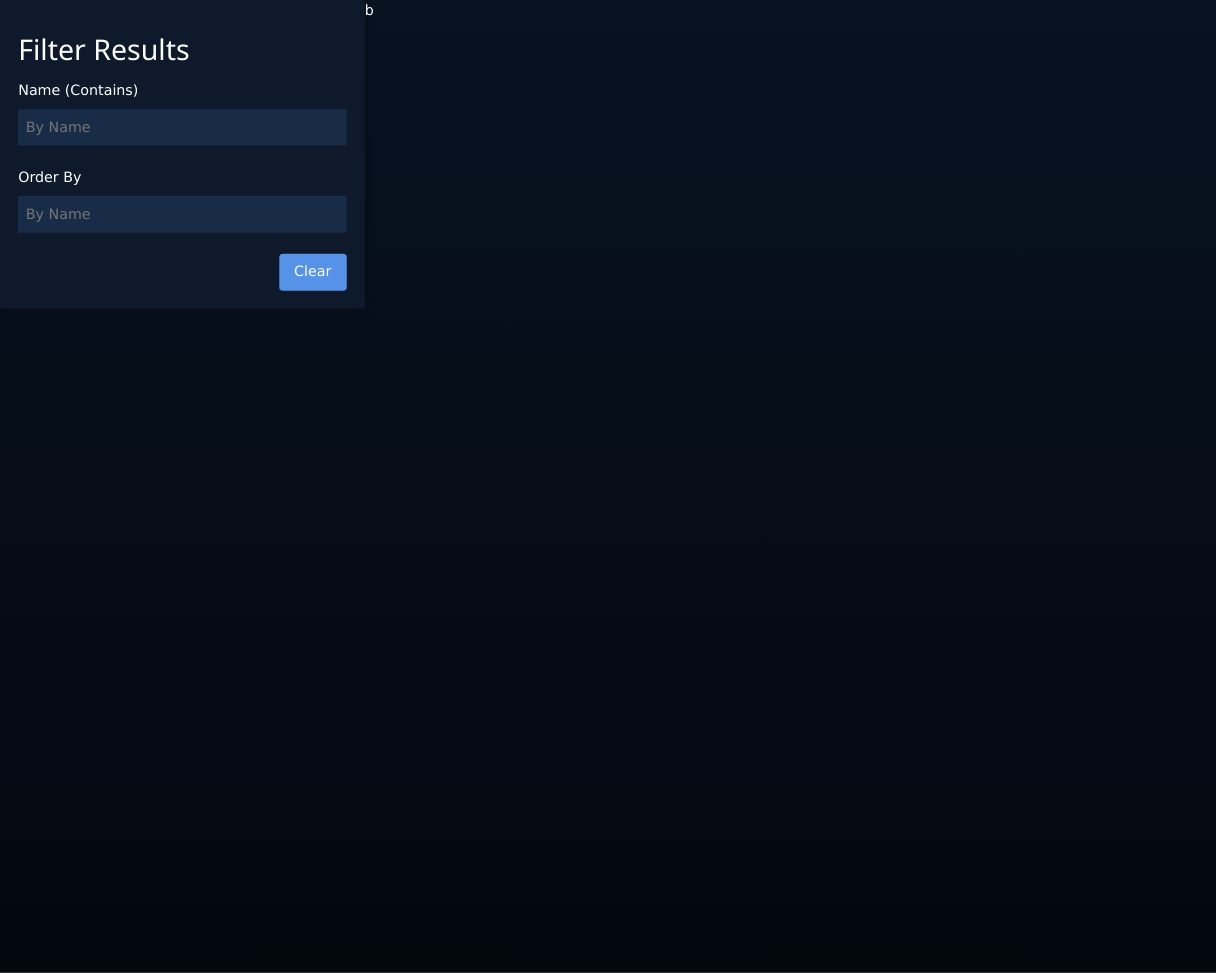
Repository: seyicoded/testestech
Page: /
The author's editor kept a copy of each file at every save. The page is drawn from the files as they stood at one save, then again after the next save.
The browser window is 1280 px wide. The pictures show the whole page, at 95% of full size.
The project was rebuilt for these pictures with package versions that can differ from the ones it lists, and the page was loaded fresh each time.

Above is the page before, as saved 2022-02-07 13:55:17.

### src/App.js
import logo from './logo.svg';
import './App.css';
import './w3.css';

function App() {
  return (
    <div className="App">
      <div className="Container">

        <div className='left'>
          <div className='card w3-card-2'>
            <h2>Filter Results</h2>

            <div className='content'>
              <label className='w3-label'>Name (Contains)</label>
              <br />
              <input className='w3-input' placeholder='By Name'/>
            </div>

            <br />

            <div className='content'>
              <label className='w3-label'>Order By</label>
              <br />
              <div className='orderby'>
                <i class="fa fa-futboll"></i>
                <input className='w3-input' placeholder='By Name'/>
              </div>

              <br />

              <div className='btn-container'>
                <button className='w3-btn w3-round'>Clear</button>
              </div>

            </div>
          </div>
        </div>

        <div className='right'>
          b
        </div>

      </div>
    </div>
  );
}

export default App;

### src/App.css
.App {
  width: 100%;
  height: 100%;
  flex: 1;
}

/* .App-logo {
  height: 40vmin;
  pointer-events: none;
} */

/* @media (prefers-reduced-motion: no-preference) {
  .App-logo {
    animation: App-logo-spin infinite 20s linear;
  }
} */

/* .App-header {
  background-color: #282c34;
  min-height: 100vh;
  display: flex;
  flex-direction: column;
  align-items: center;
  justify-content: center;
  font-size: calc(10px + 2vmin);
  color: white;
} */

.App-link {
  color: #61dafb;
}

@keyframes App-logo-spin {
  from {
    transform: rotate(0deg);
  }
  to {
    transform: rotate(360deg);
  }
}

.Container{
  display: flex;
  flex: 1;
  height: 1024px;
  max-height: 100%;
  width: 100%;
  flex-direction: row;
  /* background: Vertical linear-gradient #081221 to #03080f; */
  background: linear-gradient(#081221, #03080f);
  padding: 15;
  color: white;
}

.Container .left{
  width: 30%;
  height: 100%;
}

.Container .right{
  flex: 1;
  height: 100%;
}

.Container .left .card{
  padding: 40;
  padding: 5%;
  background: #0e1a2b;
}
.Container .left .card .content{
  display: block;
  text-align: left;
}
.Container .left .card input {
  background: #182c47;
  border-bottom: none;
  margin-top: 8px;
}

.Container .left .card .orderby{
  display: flex;
  flex-direction: row;
}

.btn-container {
  display: flex;
  flex-direction: row;
  /* align-items: flex-end; */
  justify-content: flex-end;
}

.btn-container .w3-btn{
  background: #5692e8;
}

Loaded but not shown: public/index.html (common file); src/index.js (common file); src/index.css (common file); src/reportWebVitals.js (common file); src/w3.css (library)

After the next save:
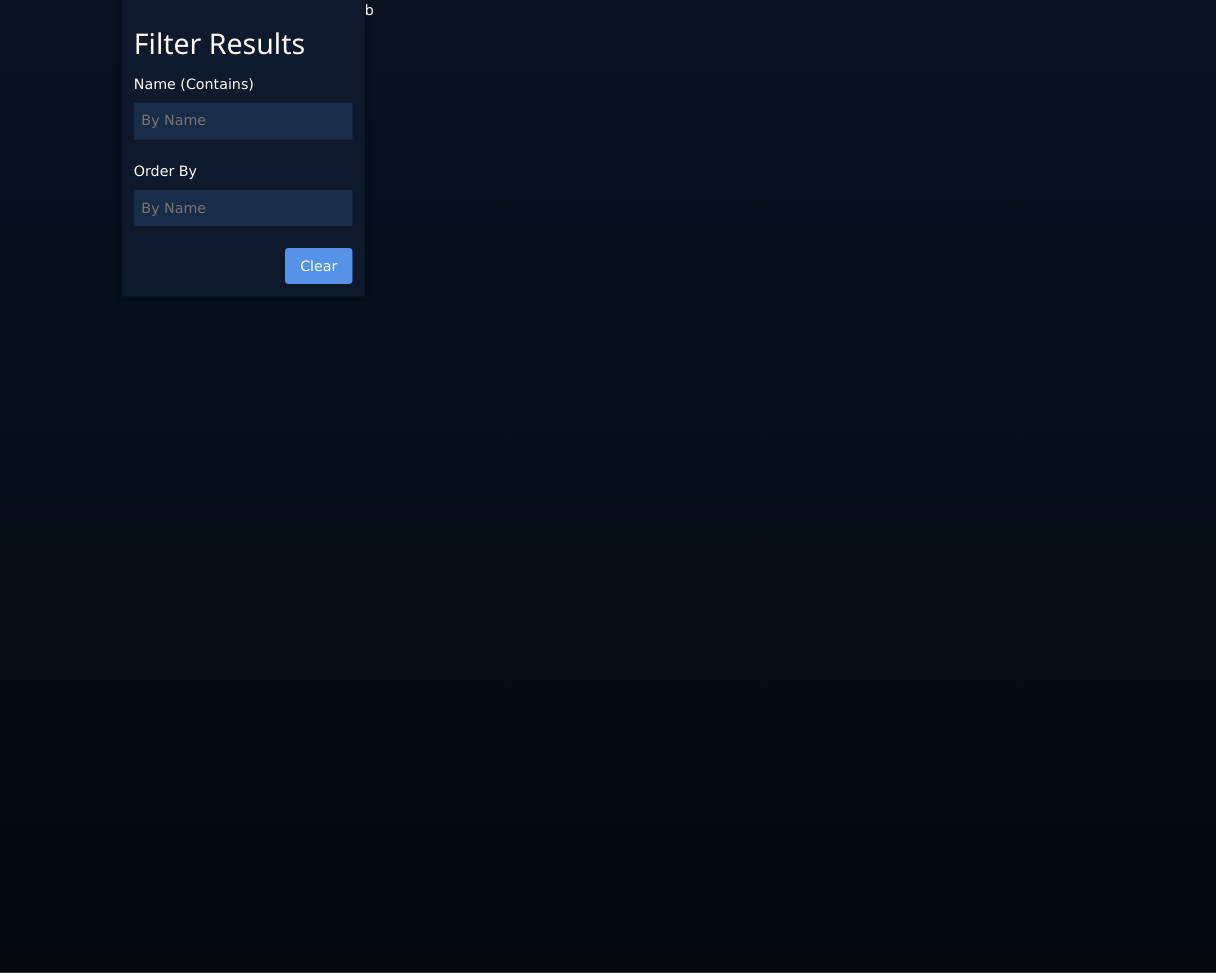
Saved 46 s later.
--- a/src/App.css
+++ b/src/App.css
@@ -55,6 +55,7 @@
 .Container .left{
   width: 30%;
   height: 100%;
+  padding-left: 10%;
 }
 
 .Container .right{
